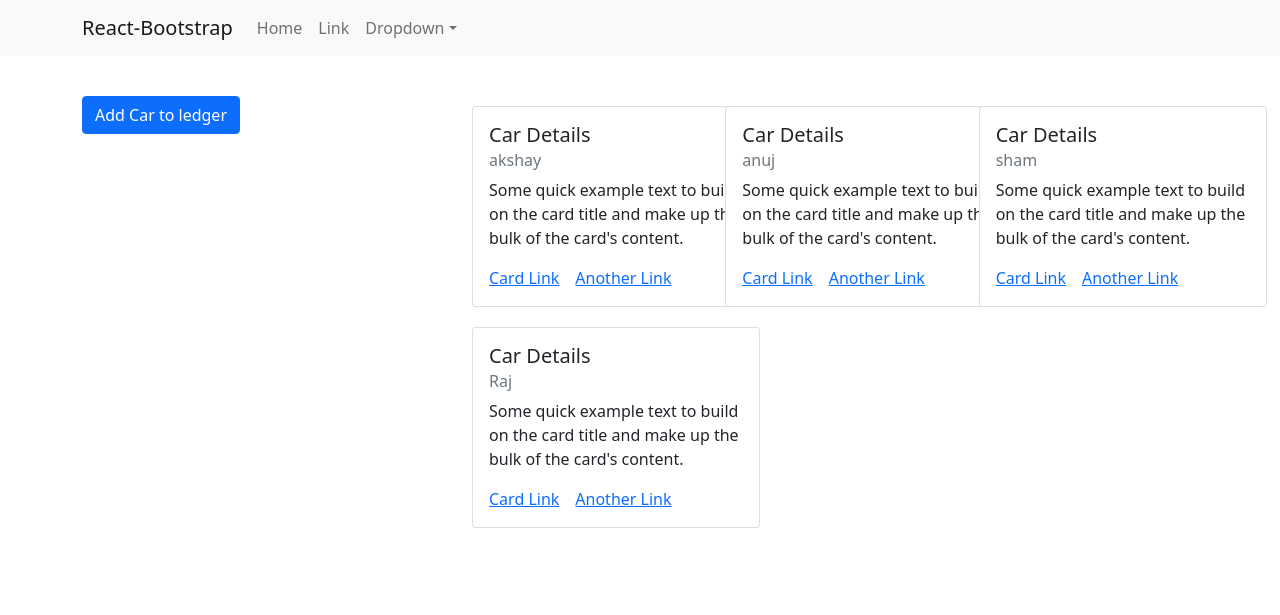
Repository: akshaykurhekar/hyperledger-asset-monetization-dapp
Page: / (app in fabcarWeb/new-ui/)
These files come from the project's save history. The page is drawn as it stood at one moment and after the next save; the edit follows.
The browser window is 1280 px wide. The pictures show the whole page.
The project was rebuilt for these pictures with package versions that can differ from the ones it lists, and the page was loaded fresh each time.

Above is the page before, as saved 2022-03-30 18:01:29.

After the next save:
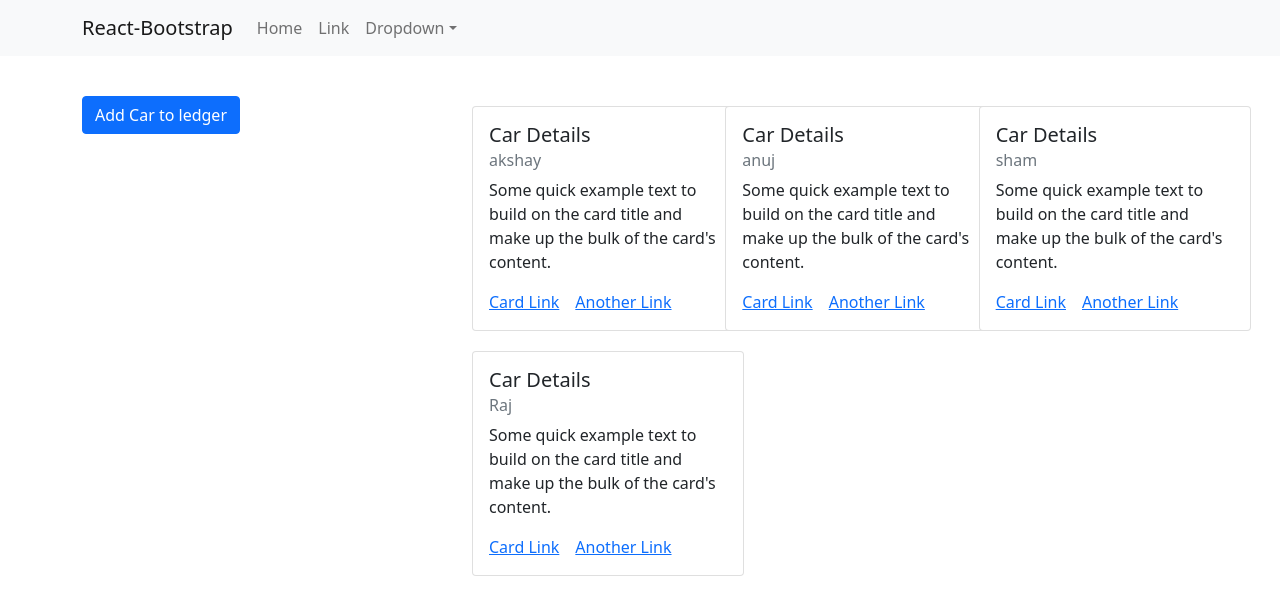
Saved 11 s later.
--- a/fabcarWeb/new-ui/src/components/card.js
+++ b/fabcarWeb/new-ui/src/components/card.js
@@ -3,7 +3,7 @@
 
 const Cards = (props)=>{
     return (
-        <Card style={{ width: '18rem',margin:'10px' }}>
+        <Card style={{ width: '17rem',margin:'10px' }}>
             <Card.Body>
                 <Card.Title>Car Details</Card.Title>
                 <Card.Subtitle className="mb-2 text-muted">{props.name}</Card.Subtitle>
